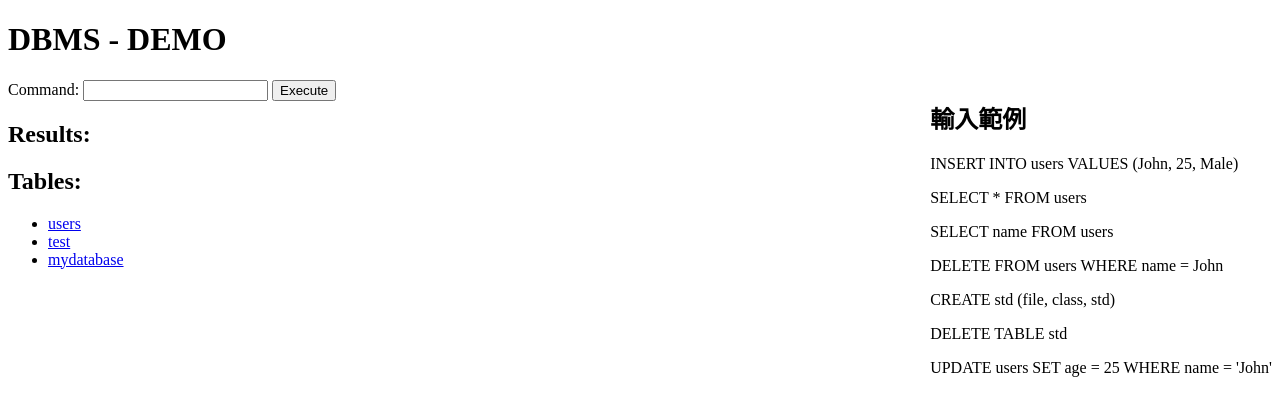
Repository: mark6969/DBMS-use-python
Page: http://localhost/
An editor plug-in stored every save of this project. The page is shown before and after the next save, followed by the edit.
The browser window is 1280 px wide. The pictures show the whole page.
The page is served by the project's application, run on Flask 3 (run.py).

Above is the page before, as saved 2023-05-19 16:46:12.

### templates/index.html
<!DOCTYPE html>
<html>
<head>
    <title>DBMS</title>
    <style>
        table {
            border-collapse: collapse;
        }
        th, td {
            border: 1px solid black;
            padding: 8px;
        }
        .right-text {
            float: right; /* 將文字容器浮動到右側 */
            margin-left: 0%; /* 提供一些間距 */
        }
    </style>
</head>
<body>
    <h1>DBMS - DEMO</h1>
    <div class="right-text">
        <h2>輸入範例</h2>
        <p>INSERT INTO users VALUES (John, 25, Male)</p>
        <p>SELECT * FROM users</p>
        <p>SELECT name FROM users</p>
        <p>DELETE FROM users WHERE name = John</p>
        <p>CREATE std (file, class, std)</p>
        <p>DELETE TABLE std</p>
        <p>UPDATE users SET age = 25 WHERE name = 'John'</p>
    </div>
    <form method="POST" action="/">
        <label for="command">Command:</label>
        <input type="text" name="command" id="command" required>
        <!-- <br><br> -->
        <input type="submit" value="Execute">
    </form>


    <!-- <h2>Users:</h2>
    <table>
        <tr>
            <th>姓名</th>
            <th>年齡</th>
            <th>性別</th>
        </tr>
        {% for user in users %}
        <tr>
            <td>{{ user.name }}</td>
            <td>{{ user.age }}</td>
            <td>{{ user.sex }}</td>
        </tr>
        {% endfor %}
    </table> -->

    <h2>Results:</h2>
    <ul>
        {% for result in results %}
        <li>{{ result }}</li>
        {% endfor %}
    </ul>

    <h2>Tables:</h2>
    <ul>
    {% for table in tables %}
    <li><a href="/table/{{ table }}">{{ table }}</a></li>
    {% endfor %}
    </ul>

</body>
</html>

### run.py
from flask import Flask, render_template, request
import re
import os
import csv

app = Flask(__name__)


# def get_all_users():
#     users = []
#     with open('mydatabase.csv', 'r') as file:
#         reader = csv.DictReader(file)
#         for row in reader:
#             user = {
#                 'name': row['name'],
#                 'age': row['age'],
#                 'sex': row['sex']
#             }
#             users.append(user)
#     return users

def get_all(table):
    data = []
    with open("DBs/%s.csv" % table, 'r') as file:
        reader = csv.DictReader(file)
        for row in reader:
            data.append(row)
    return data

def get_all_tables(database_name):
    tables = []
    csv_filename = f'{database_name}.csv'
    with open(csv_filename, 'r') as file:
        reader = csv.DictReader(file)
        tables = reader.fieldnames
    return tables

def get_all_csv_name():
    tables = []
    for file_name in os.listdir("./DBs"):
        if file_name.endswith('.csv'):
            table_name = os.path.splitext(file_name)[0]
            tables.append(table_name)
    return tables

def add_data(table, data_list):
    with open("DBs/%s.csv" % table, 'r+', newline='') as file:
        # fieldnames = ['name', 'age', 'sex']
        print("add_data")
        db_key = file.readline().replace("\n", "").split(",")
        if len(db_key) == len(data_list):
            writer = csv.writer(file)
            writer.writerow(data_list)
            return True
        return False


def execute_query(query):
    if query.startswith('SELECT'):
        _, column, _, table = query.split()
        return select_data(column, table)
    elif query.startswith('DELETE TABLE'):
        _, _, table = query.split()
        os.remove("DBs/%s.csv" % table)
        return ['DB deleted successfully.']
    elif query.startswith('DELETE'):
        _, _, table, _, condition_column, _, condition_value = query.split()
        delete_data(table, condition_column, condition_value)
        return ['Data deleted successfully.']
    elif query.startswith('INSERT'):
        table = query.split()[2]
        values = re.findall(r'\((.*?)\)', query)[0]
        values_list = [value.strip() for value in values.split(',')]
        if add_data(table, values_list):
            return ['Data inserted successfully.']
        else:
            return ['Data inserted error']
    elif query.startswith('CREATE'):
        match = re.search(r'CREATE (\w+) \((.*?)\)', query)
        if match:
            table_name = match.group(1)
            columns = [column.strip() for column in match.group(2).split(',')]
            create_table(table_name, columns)
            return ['Table created successfully.']
        else:
            return ['Invalid query. Please check your input.']
    elif query.startswith('UPDATE'):
        _, table, _, column, _, value, _, condition_column, _, condition_value = query.split()
        update_data(table, column, value, condition_column, condition_value)
        return ['Data updated successfully.']
    else:
        return ['Invalid query. Please check your input.']


def select_data(column, table):
    data = []
    with open("DBs/%s.csv" % table, 'r') as file:
        reader = csv.DictReader(file)
        for row in reader:
            if column == '*':
                data.append(row)
            elif column in row:
                data.append(row[column])
                # data.append({column: row[column]})
    return data


def delete_data(table, condition_column, condition_value):
    with open("DBs/%s.csv" % table, 'r') as file:
        reader = csv.DictReader(file)
        rows = list(reader)

    filtered_rows = [row for row in rows if row.get(condition_column) != condition_value]

    with open("DBs/%s.csv" % table, 'w', newline='') as file:
        fieldnames = rows[0].keys()
        writer = csv.DictWriter(file, fieldnames=fieldnames)
        writer.writeheader()
        writer.writerows(filtered_rows)

def update_data(table, column, value, condition_column, condition_value):
    print("update_data")
    print(table, column, value, condition_column, condition_value)
    with open("DBs/%s.csv" % table, 'r') as file:
        reader = csv.DictReader(file)
        rows = list(reader)

    for row in rows:
        if row.get(condition_column) == condition_value:
            row[column] = value

    with open("DBs/%s.csv" % table, 'w', newline='') as file:
        fieldnames = rows[0].keys()
        writer = csv.DictWriter(file, fieldnames=fieldnames)
        writer.writeheader()
        writer.writerows(rows)

def create_table(table_name, columns):
    csv_filename = f'{table_name}.csv'
    with open("./DBs/%s" % csv_filename, 'w', newline='') as file:
        writer = csv.writer(file)
        writer.writerow(columns)

@app.route('/table/<database_name>')
def show_database(database_name=None):
    if database_name is None:
        database_name = 'mydatabase'
    tables = get_all(database_name)
    if len(tables) != 0:
        keys=tables[0].keys()
    else:
        keys=[]
    return render_template('database.html', database=database_name, tables=tables, keys=keys)

@app.route('/', methods=['GET', 'POST'])
def index():
    if request.method == 'POST':
        command = request.form['command']
        results = execute_query(command)
    else:
        results = []

    # users = get_all_users()
    # tables = get_all_tables('mydatabase')
    tables = get_all_csv_name()
    print("tables")
    print(tables)
    # print("users")
    # print(users)
    print("results")
    print(results)
    return render_template('index.html', results=results, tables=tables)


if __name__ == '__main__':
    app.run(debug=True)

After the next save:
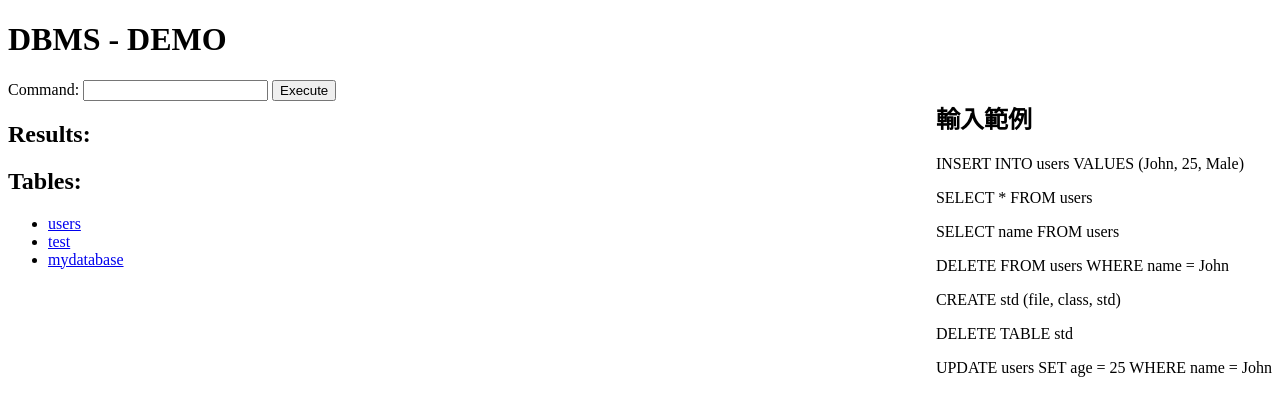
Saved 70 s later.
--- a/templates/index.html
+++ b/templates/index.html
@@ -26,7 +26,7 @@
         <p>DELETE FROM users WHERE name = John</p>
         <p>CREATE std (file, class, std)</p>
         <p>DELETE TABLE std</p>
-        <p>UPDATE users SET age = 25 WHERE name = 'John'</p>
+        <p>UPDATE users SET age = 25 WHERE name = John</p>
     </div>
     <form method="POST" action="/">
         <label for="command">Command:</label>
